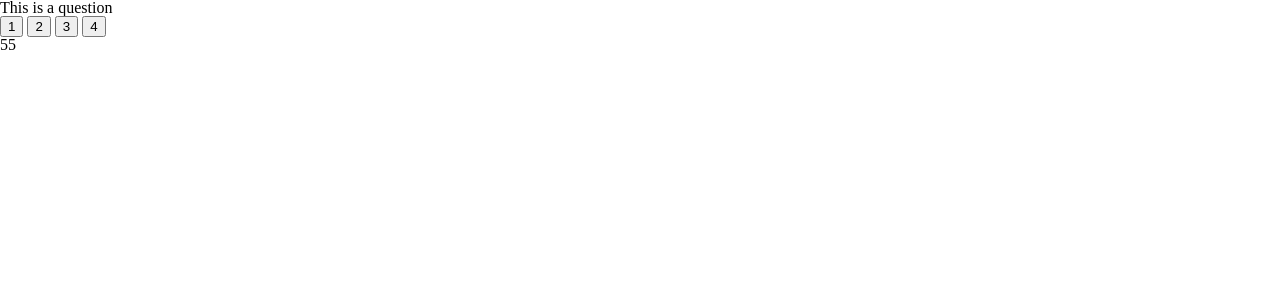
Repository: Pauldan1988/timed-quiz
Page: questions.html
An editor plug-in stored every save of this project. The page is shown before and after the next save, followed by the edit.
The browser window is 1280 px wide. The pictures show the whole page.

Above is the page before, as saved 2023-01-17 19:35:58.

### questions.html
<!DOCTYPE html>
<html lang="en">
<head>
    <meta charset="UTF-8">
    <meta http-equiv="X-UA-Compatible" content="IE=edge">
    <meta name="viewport" content="width=device-width, initial-scale=1.0">
    <title>Questions</title>
    <link rel="stylesheet" href="./assets/CSS/reset.css">
    <link rel="stylesheet" href="./assets/CSS/style.css">
</head>
<body>
    <div>
        <div>
            <h2>Question</h2>
        </div>
        <div id="questions">
            <button></button>
            <button></button>
            <button></button>
            <button></button>
        </div>
        <div id="timer">

        </div>
    </div>
    <script src="./assets/JS/questions.js"></script>
</body>
</html>

### assets/JS/questions.js
//@ts-check

let time = 60
let timer
let timerel = document.querySelector("#timer")

function startTimer() {
    timer = setInterval(function () {
        if (time > 0) {
            time -= 1
            timerel.textContent = `${time}`
        } else {
            clearInterval(timer) //Calculate score and pass it to the score page
        }
    }, 1000)

}

startTimer()

let questionIndex = 0
const questions = [
    {
        question: "This is a question",
        choices: ["1", "2", "3", "4"],
        answer: "1"
    },
    {
        question: "This is a question 2",
        choices: ["1", "2", "3", "4"],
        answer: "2"
    },
    {
        question: "This is a question 3",
        choices: ["1", "2", "3", "4"],
        answer: "4"
    },
    {
        question: "This is a question 4",
        choices: ["1", "2", "3", "4"],
        answer: "3"
    }
]

const questionEl = document.querySelector("h2")
const answerContainer = document.querySelector("#questions")
const answerButtons = answerContainer.children

answerContainer.addEventListener("click", checkAnswer => {
    const buttonText =  questions.question
    displayQuestion(questions)
})

function checkAnswer(event) {
    if (questionIndex === questions.length - 1) {
        clearInterval(timer)
        return
    } else {
        questionIndex++
        time -= 10
        displayQuestion()
    }
}

function displayQuestion(question) {
    questionEl.textContent = question.question
    question.choices.forEach((choice, idx) => {
        answerButtons[idx].textContent = choice
    })
}
displayQuestion(questions[0])

//check what checkAnswer.target is
//Extract text content of button and store it in a variable
//Compair with correct answer of current/displayed question
//Using an if else statement to check if the user gets a correct/incorrect answer.
//What behavior the timer will exhibitIf it will increment or decriment

Loaded but not shown: assets/CSS/reset.css (common file); assets/CSS/style.css (no copy from this time; the picture is the same without it)

After the next save:
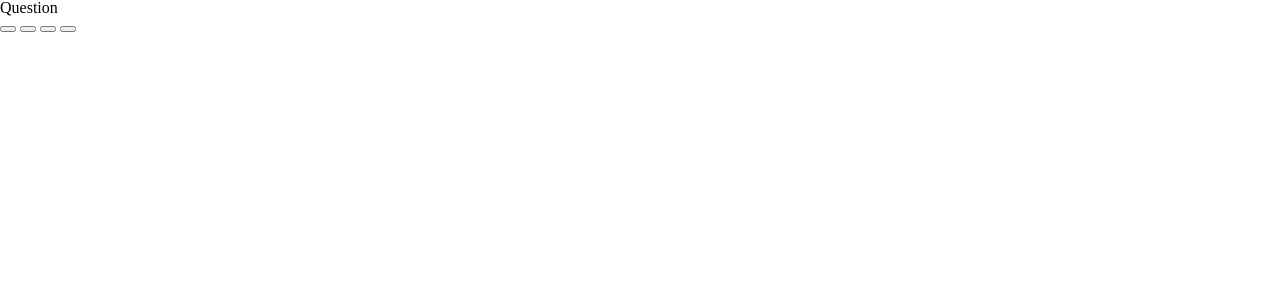
Console error: SyntaxError: Unexpected token ']'
Saved 9 s later.
--- a/assets/JS/questions.js
+++ b/assets/JS/questions.js
@@ -47,7 +47,7 @@
 const answerButtons = answerContainer.children
 
 answerContainer.addEventListener("click", checkAnswer => {
-    const buttonText =  questions.question
+    const buttonText =  questions[].question
     displayQuestion(questions)
 })
 

After the save that followed:
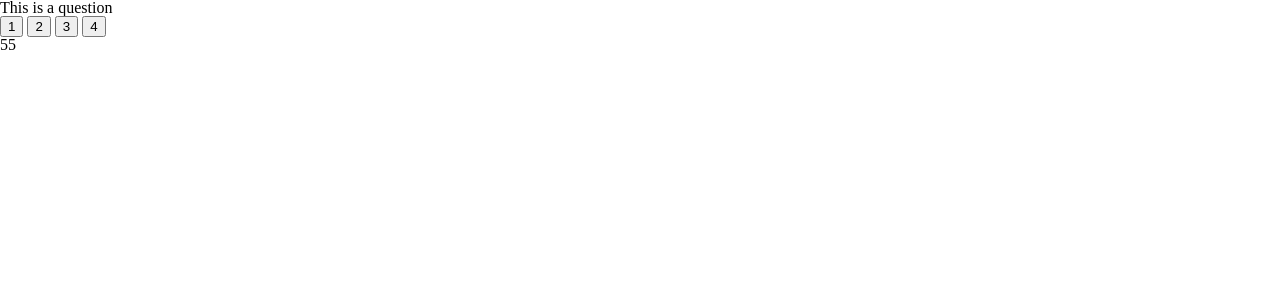
The error is gone.
Saved 12 s later.
--- a/assets/JS/questions.js
+++ b/assets/JS/questions.js
@@ -47,7 +47,7 @@
 const answerButtons = answerContainer.children
 
 answerContainer.addEventListener("click", checkAnswer => {
-    const buttonText =  questions[].question
+    const buttonText =  questions[idx].question
     displayQuestion(questions)
 })
 
